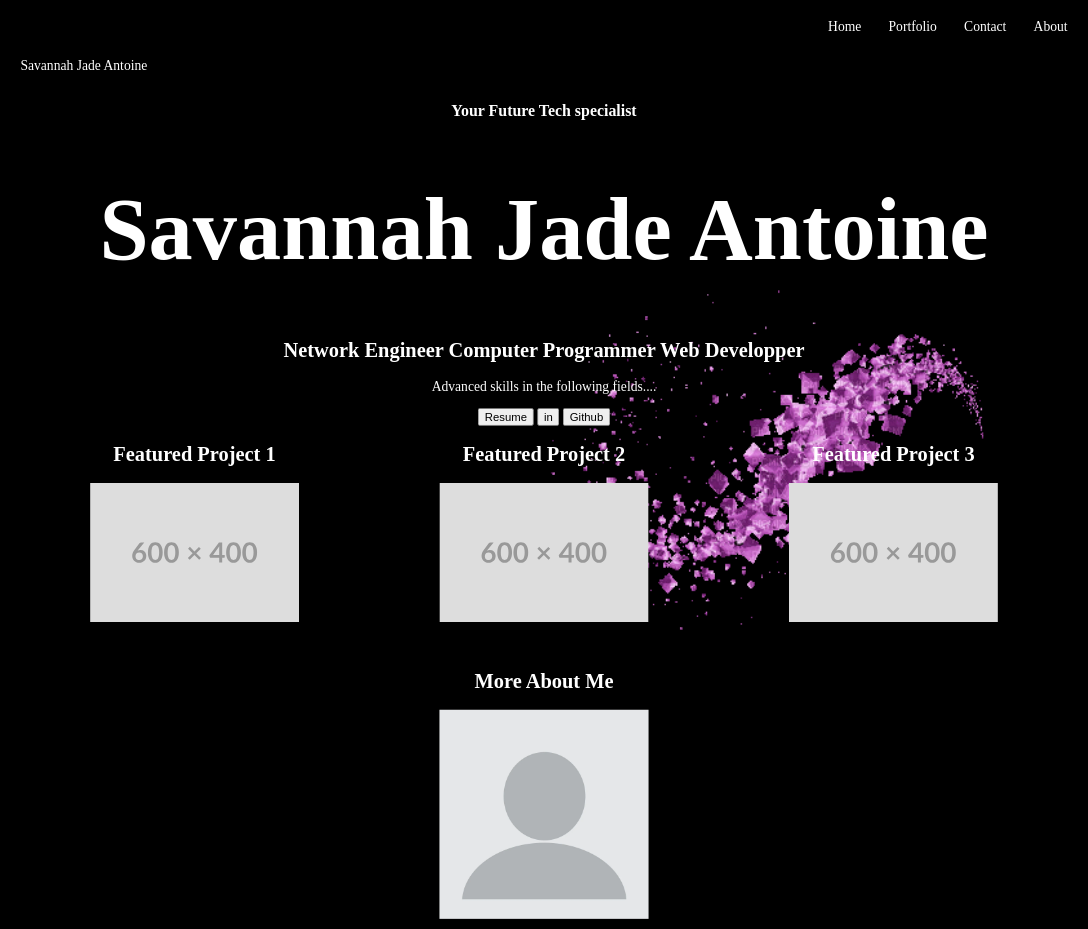
Repository: Savannah-Antoine/Savannah-Antoine
Page: index.html
The author's editor kept a copy of each file at every save. The page is drawn from the files as they stood at one save, then again after the next save.
The browser window is 1280 px wide. The pictures show the whole page, at 85% of full size.

Above is the page before, as saved 2026-05-08 14:05:31.

### index.html
<!DOCTYPE html>
<html lang="en">
<head>
    <meta charset="UTF-8">
    <meta name="viewport" content="width=device-width, initial-scale=1.0">
    <link rel = "stylesheet" href = "./styles/index.css" />
    <link rel = "stylesheet" href = "./styles/globals.css" />
    <title>Document</title>
</head>
<body>
<header>
    <nav>
        <ul class = "navigation">
  <li><a href="index.html">Home</a></li>
  <li><a href="portfolioPage.html">Portfolio</a></li>
  <li><a href="contact">Contact</a></li>
  <li><a href="about.asp">About</a></li>
</ul>
        <ul class = "homeButton">
           <li><a   href = "index.html">Savannah Jade Antoine</a></li>
        </ul>
</nav>
<h3>Your Future Tech specialist</h3>
<h1> Savannah Jade Antoine</h1>
<h2>Network Engineer Computer Programmer Web Developper</h2>
<p> Advanced skills in the following fields....</p>
<button>Resume</button>
<button>in</button>
<button>Github</button>

</header>
<main class = "container">

<section >
<h2>Featured Project 1</h2>
<img src = "./assets/images/placeholder1.svg" alt = "First Portfolio placeholder image" />

</section>

<section>
<h2>Featured Project 2</h2>
<img src = "./assets/images/placeholder1.svg" alt = "Second Portfolio placeholder image" />
</section>
<section>
<h2>Featured Project 3</h2>
<img src = "./assets/images/placeholder1.svg" alt = "Third Portfolio placeholder image" />
</section>

<section>
<h2>More About Me</h2>
<img src = "./assets/images/profilepic.png" alt = "profile picture" />
</section>

</main>

</body>
</html>

### styles/index.css
.container{
   display:flex;
   flex-direction:column;
    justify-content: center;
    gap:2rem;


}
body h1{
    font-size: 3rem;

}

img{
    width: 65%;
    height:auto;
}

@media screen and (min-width: 768px)
{
    body h1{
    font-size: 6.5rem;
}
    section{

    width: 30%;
}

    .container{
          display:flex;
          flex-direction: row;
          flex-wrap: wrap;
          justify-content: center;

    }
}

@media screen and (min-width: 1000px)
{

}

### styles/globals.css
body {
    background-color: black;
  background-image: url(/assets/images/background-pic.gif);
  background-repeat: no-repeat;
  background-size: cover;
  color: white;
  font-size: 16px;
  text-align: center;
}



.homeButton{
  list-style-type: none;
  margin: 0;
  padding: 0;
  display: flex;
  justify-content: left;

}


.navigation {
  list-style-type: none;
  margin: 0;
  padding: 0;
  display: flex;
  justify-content: right;
}
li a {
  display: block;
  color: white;
  padding: 14px 16px;
  text-decoration: none;
}

ul li a:hover {
  background-color: #be6c6c;
}

After the next save:
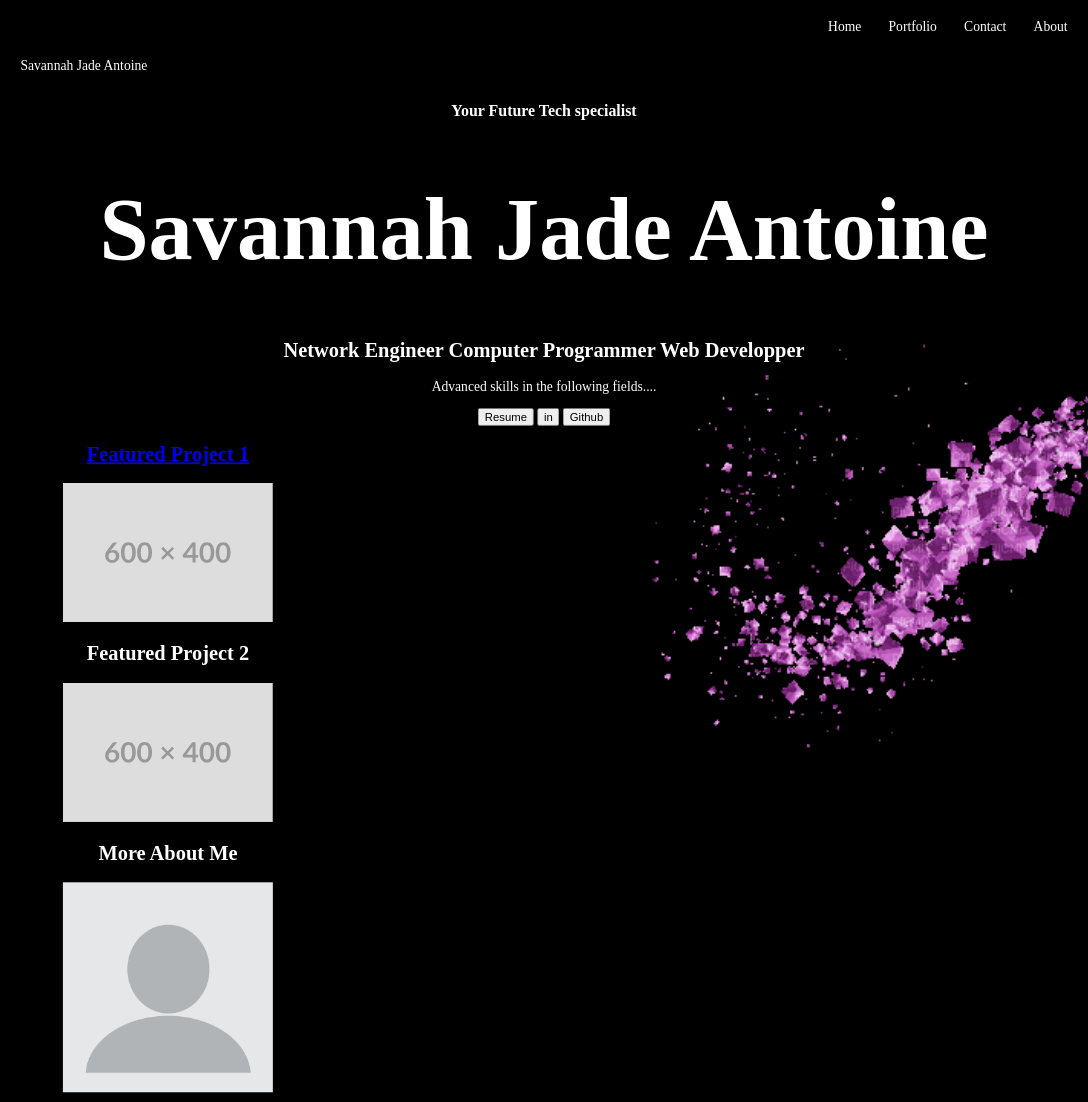
Saved 2 min 6 s later.
--- a/index.html
+++ b/index.html
@@ -12,7 +12,7 @@
     <nav>
         <ul class = "navigation">
   <li><a href="index.html">Home</a></li>
-  <li><a href="portfolioPage.html">Portfolio</a></li>
+  <li><a href="portfolio-name-1.html">Portfolio</a></li>
   <li><a href="contact">Contact</a></li>
   <li><a href="about.asp">About</a></li>
 </ul>
@@ -29,22 +29,20 @@
 <button>Github</button>
 
 </header>
+<section >
 <main class = "container">
+<a href = "./pages/project-name-2.html" target = "_blank">
 
-<section >
 <h2>Featured Project 1</h2>
 <img src = "./assets/images/placeholder1.svg" alt = "First Portfolio placeholder image" />
 
 </section>
-
+</a>
 <section>
 <h2>Featured Project 2</h2>
 <img src = "./assets/images/placeholder1.svg" alt = "Second Portfolio placeholder image" />
 </section>
-<section>
-<h2>Featured Project 3</h2>
-<img src = "./assets/images/placeholder1.svg" alt = "Third Portfolio placeholder image" />
-</section>
+
 
 <section>
 <h2>More About Me</h2>
